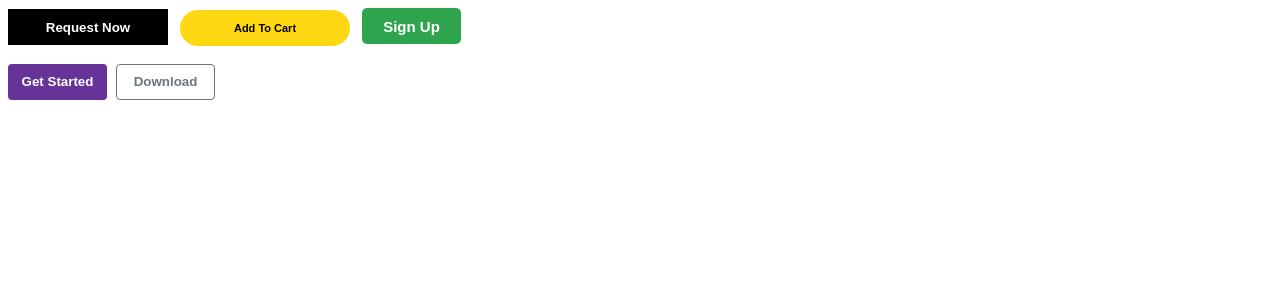
Repository: RagulRanjeeth/Frontend
Page: ButtonsExercise.html
An editor plug-in stored every save of this project. The page is shown before and after the next save, followed by the edit.
The browser window is 1280 px wide. The pictures show the whole page.

Above is the page before, as saved 2026-01-19 13:40:16.

### ButtonsExercise.html
<style>
.Uber{
   background-color: black;
   color: white;
   height: 36px;
   width: 160px;
   font-weight: bold;
   border: none;
   margin-right: 8px;
}

.amazon{
    background-color: rgba(255, 216, 20);
    color: black;
    height: 36px;
    width: 170px;
    font-weight:bold;
    font-size: 11px;
    border:none;
    border-radius: 18px;
}

.gitHub{
    background-color: rgba(46, 164, 79);
    height:36px;
    width: 99px;
    color: white;
    border: none;
    border-radius: 5px;
    font-weight: bold;
    font-size: 15px;
    margin-left: 8px;
}

.Bootstrap{
    background-color: rebeccapurple;
    height: 36px;
    width: 99px;
    color: white;
    font-weight: bold;
    border: none;
    border-radius: 4px;
    margin-right: 5px;
}

.BootstrapDownload{
    background-color: white;
    height: 36px;
    width: 99px;
    color: rgb(108, 117, 125);
    font-weight: bold;
    border-width: 1px;
    border-style: solid;
    border-color: rgb(108, 117, 125);
    border-radius: 4px;
}
</style>


<button class="Uber">
    Request Now
</button>

<button class="amazon">
    Add To Cart
</button>

<button class="gitHub">
    Sign Up
</button>

<br>
<br>


<button class="Bootstrap">
    Get Started
</button>

<button class="BootstrapDownload">
    Download
</button>

After the next save:
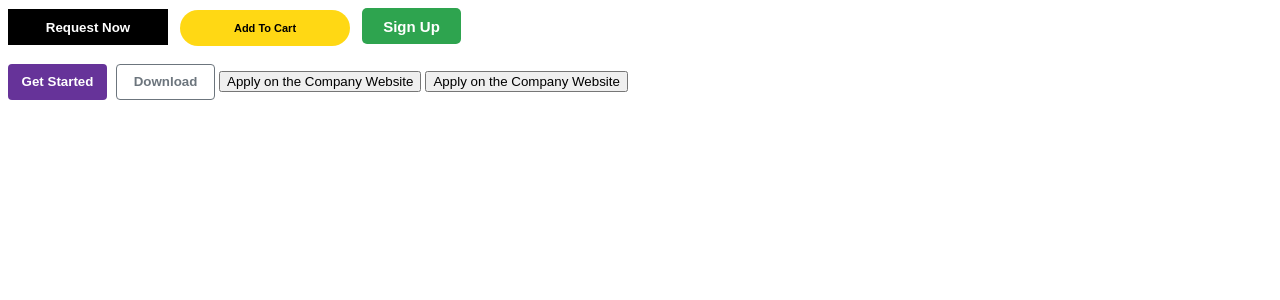
Saved 92 s later.
--- a/ButtonsExercise.html
+++ b/ButtonsExercise.html
@@ -80,3 +80,12 @@
 <button class="BootstrapDownload">
     Download
 </button>
+
+<button class="LinkedINAppling">
+   Apply on the Company Website
+</button>
+
+
+<button class="LinkedINsave">
+   Apply on the Company Website
+</button>
